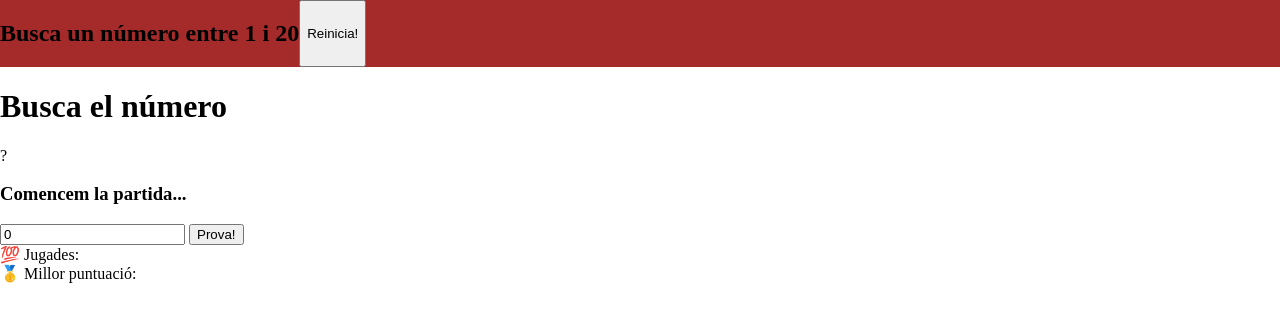
Repository: rdalmau23/M06_01
Page: index.html
The author's editor kept a copy of each file at every save. The page is drawn from the files as they stood at one save, then again after the next save.
The browser window is 1280 px wide. The pictures show the whole page.

Above is the page before, as saved 2024-10-11 11:15:12.

After the next save:
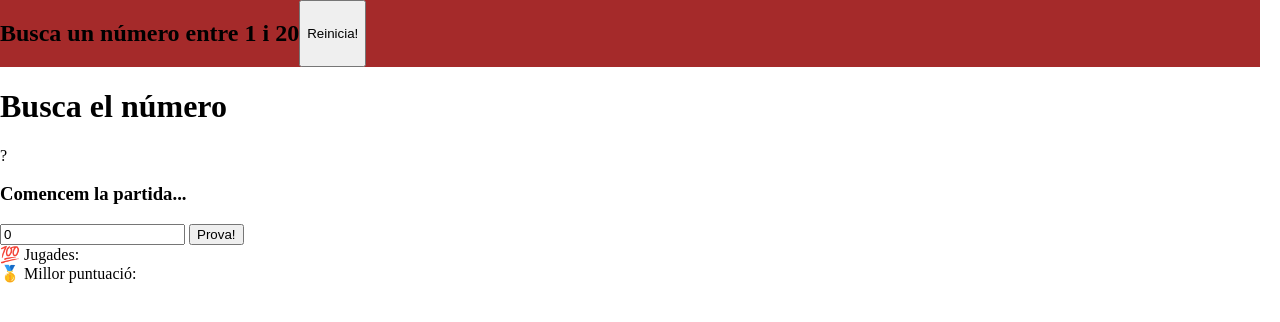
Saved 25 s later.
--- a/style.css
+++ b/style.css
@@ -4,5 +4,5 @@
 header{
     background-color: brown;
     display: flex;
-    justify-items: flex-end;
+    margin-right: 20px;
 }

After the save that followed:
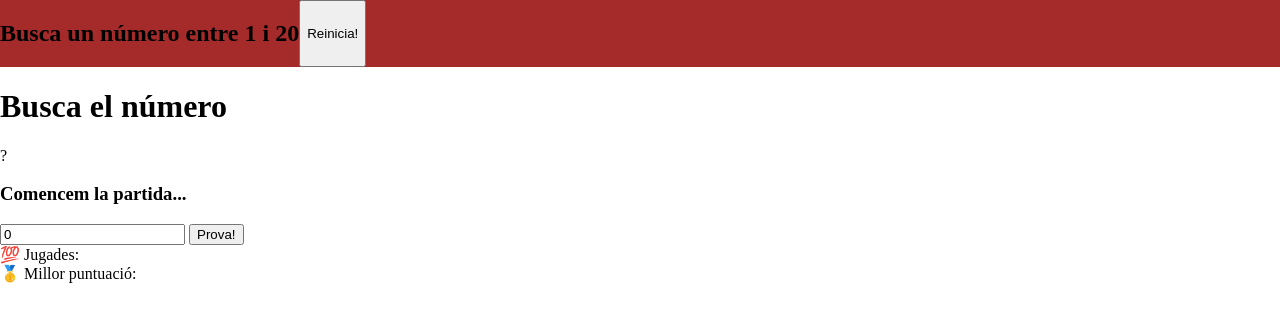
Saved 7 s later.
--- a/style.css
+++ b/style.css
@@ -4,5 +4,4 @@
 header{
     background-color: brown;
     display: flex;
-    margin-right: 20px;
 }
